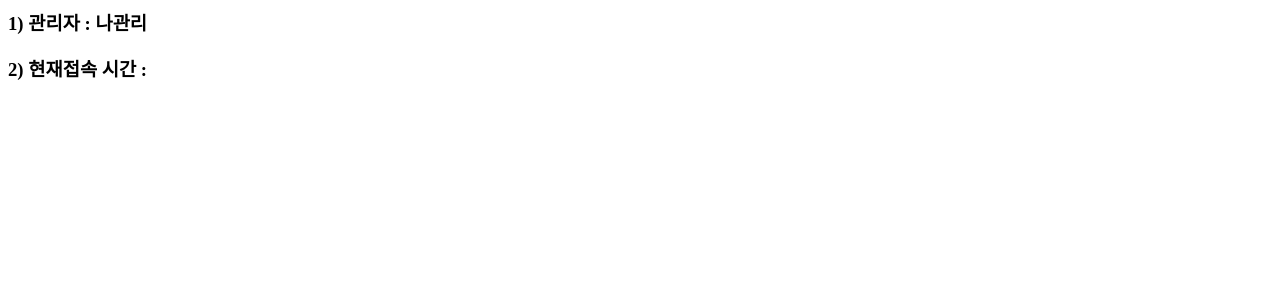
Repository: sunyeongan/Univ_lecture
Page: http://localhost/week10/request2_2.jsp
These files come from the project's save history. The page is drawn as it stood at one moment and after the next save; the edit follows.
The browser window is 1280 px wide. The pictures show the whole page.
The page is served by Tomcat 9.

Above is the page before, as saved 2022-05-03 03:23:33.

After the next save:
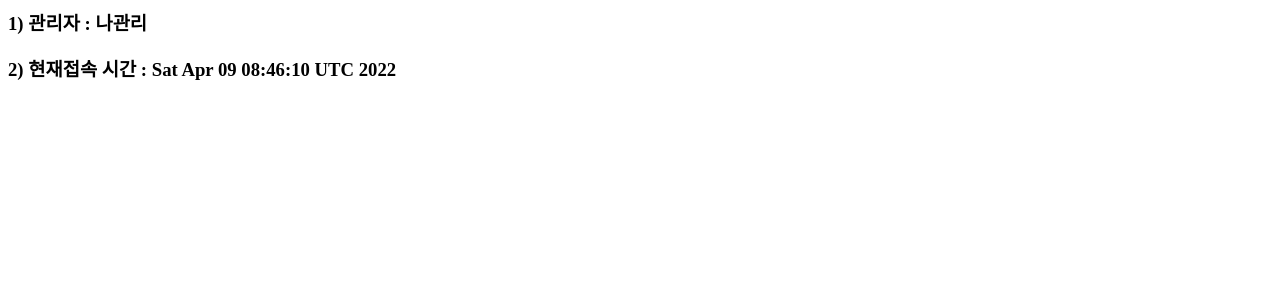
Saved 20 s later.
--- a/WebSever_2022/work/week10/week10/src/main/webapp/request2_2.jsp
+++ b/WebSever_2022/work/week10/week10/src/main/webapp/request2_2.jsp
@@ -15,4 +15,4 @@
 
 %>
 <h3>1) 관리자 : <%=admin %></h3>
-<h3>2) 현재접속 시간 : </h3>
+<h3>2) 현재접속 시간 : <%=new java.util.Date() %></h3>
